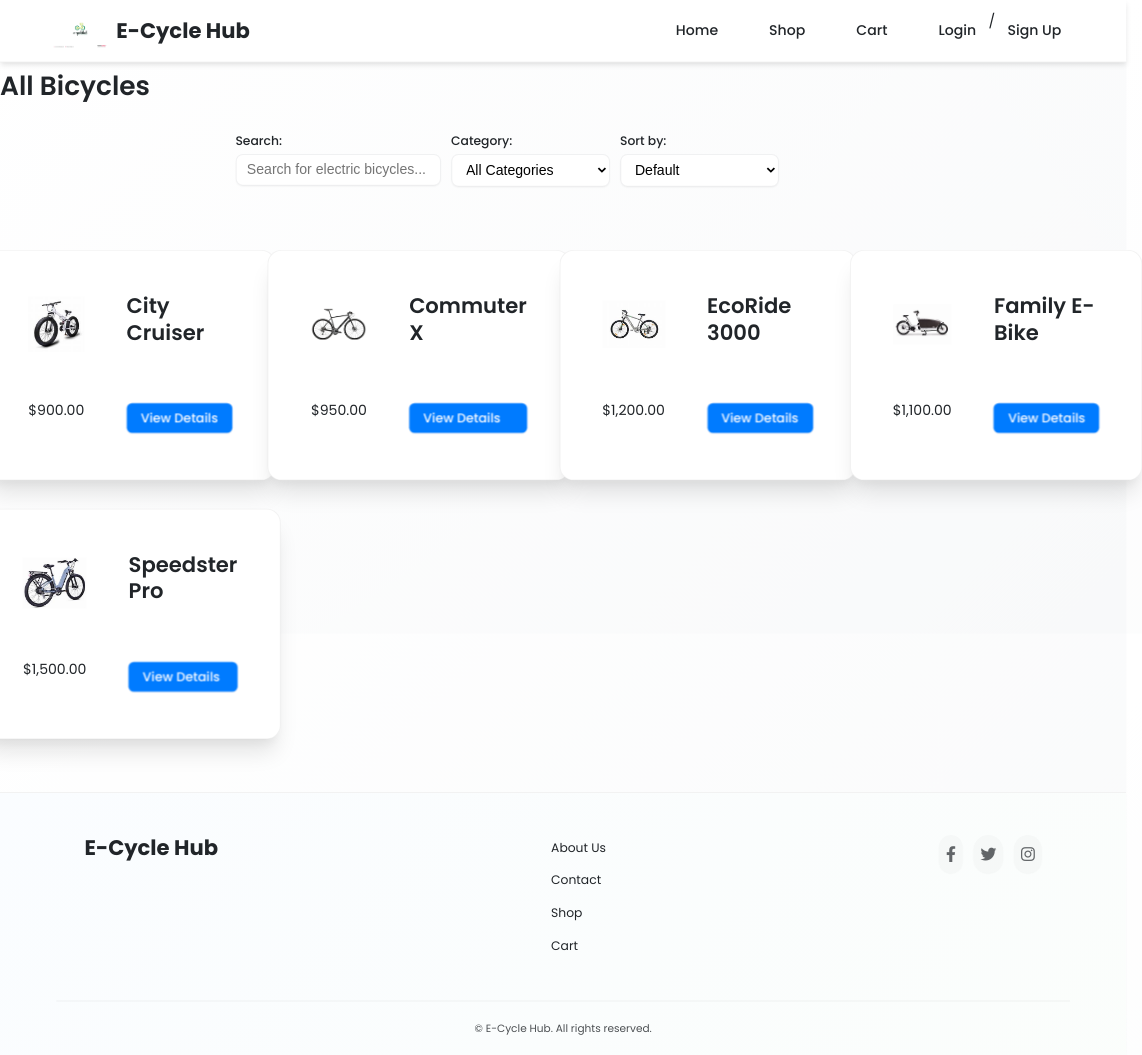
Repository: Rutuja-g/E-Cycle-Hub
Page: public/shop.html
These files come from the project's save history. The page is drawn as it stood at one moment and after the next save; the edit follows.
The browser window is 1280 px wide. The page is 1298 px wide, then 1280 px, then 1298 px, so the pictures cover 1298 px, including what lies to the right of the window. The pictures show the whole page, at 88% of full size.

Above is the page before, as saved 2025-10-25 22:25:50.

### public/shop.html
<!DOCTYPE html>
<html lang="en">
  <head>
    <meta charset="UTF-8" />
    <meta name="viewport" content="width=device-width, initial-scale=1.0" />
    <title>Shop - E-Cycle Hub</title>
    <link rel="icon" href="favicon.ico" type="image/x-icon" />
    <link rel="preconnect" href="https://fonts.googleapis.com" />
    <link rel="preconnect" href="https://fonts.gstatic.com" crossorigin />
    <link
      href="https://fonts.googleapis.com/css2?family=Poppins:wght@300;400;500;600;700&display=swap"
      rel="stylesheet"
    />
    <link rel="stylesheet" href="css/reset.css" />
    <link rel="stylesheet" href="css/variables.css" />
    <link rel="stylesheet" href="css/main.css" />
    <link
      rel="stylesheet"
      href="https://cdnjs.cloudflare.com/ajax/libs/font-awesome/6.0.0/css/all.min.css"
    />
  </head>
  <body>
    <header>
      <div id="header"></div>
    </header>

    <main class="main-content">
      <section class="shop-products">
        <h2>All Bicycles</h2>

        <div class="grid--shop"></div>
      </section>
    </main>

    <footer>
      <div id="footer"></div>
    </footer>

    <script src="js/components.js"></script>
    <script src="js/utils.js"></script>
    <script src="js/main.js"></script>
    <script src="js/auth.js"></script>
  </body>
</html>

### public/css/reset.css
html
/* CSS Reset */
* {
    margin: 0;
    padding: 0;
    box-sizing: border-box;
}

html, body {
    height: 100%;
    font-family: Arial, sans-serif;
}

img {
    max-width: 100%;
    height: auto;
}

a {
    text-decoration: none;
    color: inherit;
}

ul {
    list-style: none;
}

button {
    cursor: pointer;
}

### public/css/variables.css
:root {
  /* Enhanced Color Palette */
  --primary-color: #007bff; /* Electric Blue */
  --primary-hover: #0056b3; /* Darker Blue for hover */
  --primary-light: #e3f2fd; /* Light Blue Background */
  --primary-gradient: linear-gradient(135deg, #007bff 0%, #0056b3 100%);
  --secondary-color: #28a745; /* Success Green */
  --secondary-hover: #218838; /* Darker Green */
  --secondary-light: #e8f5e8; /* Light Green Background */
  --secondary-gradient: linear-gradient(135deg, #28a745 0%, #218838 100%);
  --accent-color: #ffc107; /* Warning Yellow */
  --accent-hover: #e0a800; /* Darker Yellow */
  --accent-light: #fff8e1; /* Light Yellow Background */
  --danger-color: #dc3545; /* Danger Red */
  --danger-hover: #c82333; /* Darker Red */
  --danger-light: #fce4e4; /* Light Red Background */

  /* Neutral Colors */
  --background-color: #ffffff; /* Pure White */
  --background-gradient: linear-gradient(135deg, #ffffff 0%, #f8f9fa 100%);
  --surface-color: #f8f9fa; /* Light Gray Surface */
  --surface-light: #f1f3f4; /* Very Light Surface */
  --card-color: #ffffff; /* Card Background */
  --text-color: #212529; /* Dark Gray Text */
  --text-muted: #6c757d; /* Muted Text */
  --text-light: #868e96; /* Lighter Text */
  --border-color: #dee2e6; /* Light Border */
  --border-light: #f1f3f4; /* Very Light Border */
  --border-focus: #007bff; /* Focus Border */

  /* Typography */
  --font-family: "Poppins", -apple-system, BlinkMacSystemFont, "Segoe UI",
    Roboto, sans-serif;
  --font-size-xs: 0.75rem; /* 12px */
  --font-size-sm: 0.875rem; /* 14px */
  --font-size-base: 1rem; /* 16px */
  --font-size-lg: 1.125rem; /* 18px */
  --font-size-xl: 1.25rem; /* 20px */
  --font-size-2xl: 1.5rem; /* 24px */
  --font-size-3xl: 1.875rem; /* 30px */
  --font-size-4xl: 2.25rem; /* 36px */
  --font-size-5xl: 3rem; /* 48px */

  --font-weight-light: 300;
  --font-weight-normal: 400;
  --font-weight-medium: 500;
  --font-weight-semibold: 600;
  --font-weight-bold: 700;

  --line-height-tight: 1.25;
  --line-height-normal: 1.5;
  --line-height-relaxed: 1.75;

  /* Spacing Scale */
  --spacing-xs: 0.25rem; /* 4px */
  --spacing-sm: 0.5rem; /* 8px */
  --spacing-md: 0.75rem; /* 12px */
  --spacing-lg: 1rem; /* 16px */
  --spacing-xl: 1.25rem; /* 20px */
  --spacing-2xl: 1.5rem; /* 24px */
  --spacing-3xl: 2rem; /* 32px */
  --spacing-4xl: 2.5rem; /* 40px */
  --spacing-5xl: 3rem; /* 48px */
  --spacing-6xl: 4rem; /* 64px */

  /* Layout */
  --max-width-xs: 20rem; /* 320px */
  --max-width-sm: 24rem; /* 384px */
  --max-width-md: 28rem; /* 448px */
  --max-width-lg: 32rem; /* 512px */
  --max-width-xl: 36rem; /* 576px */
  --max-width-2xl: 42rem; /* 672px */
  --max-width-3xl: 48rem; /* 768px */
  --max-width-4xl: 56rem; /* 896px */
  --max-width-5xl: 64rem; /* 1024px */
  --max-width-6xl: 72rem; /* 1152px */
  --max-width-7xl: 80rem; /* 1280px */
  --max-width-full: 100%;

  /* Border Radius */
  --border-radius-none: 0;
  --border-radius-sm: 0.125rem; /* 2px */
  --border-radius: 0.25rem; /* 4px */
  --border-radius-md: 0.375rem; /* 6px */
  --border-radius-lg: 0.5rem; /* 8px */
  --border-radius-xl: 0.75rem; /* 12px */
  --border-radius-2xl: 1rem; /* 16px */
  --border-radius-3xl: 1.5rem; /* 24px */
  --border-radius-full: 9999px;

  /* Enhanced Shadows */
  --shadow-sm: 0 1px 2px 0 rgba(0, 0, 0, 0.05);
  --shadow: 0 1px 3px 0 rgba(0, 0, 0, 0.1), 0 1px 2px 0 rgba(0, 0, 0, 0.06);
  --shadow-md: 0 4px 6px -1px rgba(0, 0, 0, 0.1),
    0 2px 4px -1px rgba(0, 0, 0, 0.06);
  --shadow-lg: 0 10px 15px -3px rgba(0, 0, 0, 0.1),
    0 4px 6px -2px rgba(0, 0, 0, 0.05);
  --shadow-xl: 0 20px 25px -5px rgba(0, 0, 0, 0.1),
    0 10px 10px -5px rgba(0, 0, 0, 0.04);
  --shadow-2xl: 0 25px 50px -12px rgba(0, 0, 0, 0.25);
  --shadow-inner: inset 0 2px 4px 0 rgba(0, 0, 0, 0.06);
  --shadow-glow: 0 0 20px rgba(0, 123, 255, 0.3);

  /* Transitions */
  --transition-fast: 150ms ease-in-out;
  --transition-normal: 250ms ease-in-out;
  --transition-slow: 350ms ease-in-out;

  /* Z-Index Scale */
  --z-dropdown: 1000;
  --z-sticky: 1020;
  --z-fixed: 1030;
  --z-modal-backdrop: 1040;
  --z-modal: 1050;
  --z-popover: 1060;
  --z-tooltip: 1070;
}

### public/js/main.js
(function () {
  /*
  main.js
  - Loads product data (localStorage -> products.json -> fallback)
  - Renders product cards into .grid--featured or .grid--shop
  - Injects simple search / category / sort controls and updates results instantly
  - Keeps products in localStorage under key 'ecycle_products' so admin UI can reuse them
  */
  const PRODUCTS_STORAGE_KEY = "ecycle_products";
  const DEFAULT_MAX_FEATURED = 6;
  let products = [];
  let filteredProducts = [];

  // Load products from localStorage or fetch from JSON
  async function loadProducts() {
    try {
      // Try localStorage first
      const stored = localStorage.getItem(PRODUCTS_STORAGE_KEY);
      if (stored) {
        const parsed = JSON.parse(stored);
        if (Array.isArray(parsed) && parsed.length > 0) {
          products = parsed;
          return;
        }
      }

      // Fetch from JSON file
      const response = await fetch("assets/data/products.json");
      if (!response.ok) {
        throw new Error(`Failed to fetch products: ${response.status}`);
      }
      const data = await response.json();
      if (!Array.isArray(data)) {
        throw new Error("Products data is not an array");
      }
      products = data;
      // Save to localStorage
      localStorage.setItem(PRODUCTS_STORAGE_KEY, JSON.stringify(products));
    } catch (error) {
      console.error("Error loading products:", error);
      // Fallback to empty array
      products = [];
    }
  }

  // Get unique categories from products
  function getCategories(products) {
    const categories = new Set();
    products.forEach((product) => {
      if (product.category) categories.add(product.category);
    });
    return Array.from(categories).sort();
  }

  // Build search, category, and sort controls
  function buildControls(container) {
    if (!container) return;

    const controls = document.createElement("div");
    controls.className = "controls container";

    // Search input
    const searchDiv = document.createElement("div");
    searchDiv.className = "control-group";
    const searchLabel = document.createElement("label");
    searchLabel.textContent = "Search:";
    const searchInput = document.createElement("input");
    searchInput.type = "text";
    searchInput.id = "searchInput";
    searchInput.placeholder = "Search for electric bicycles...";
    searchDiv.appendChild(searchLabel);
    searchDiv.appendChild(searchInput);

    // Category select
    const catDiv = document.createElement("div");
    catDiv.className = "control-group";
    const catLabel = document.createElement("label");
    catLabel.textContent = "Category:";
    const catSelect = document.createElement("select");
    catSelect.id = "categorySelect";
    const allOpt = document.createElement("option");
    allOpt.value = "all";
    allOpt.textContent = "All Categories";
    catSelect.appendChild(allOpt);
    catDiv.appendChild(catLabel);
    catDiv.appendChild(catSelect);

    // Sort select
    const sortDiv = document.createElement("div");
    sortDiv.className = "control-group";
    const sortLabel = document.createElement("label");
    sortLabel.textContent = "Sort by:";
    const sortSelect = document.createElement("select");
    sortSelect.id = "sortSelect";
    const options = [
      { value: "", text: "Default" },
      { value: "price-asc", text: "Price Low to High" },
      { value: "price-desc", text: "Price High to Low" },
      { value: "popularity", text: "Popularity" },
    ];
    options.forEach((opt) => {
      const option = document.createElement("option");
      option.value = opt.value;
      option.textContent = opt.text;
      sortSelect.appendChild(option);
    });
    sortDiv.appendChild(sortLabel);
    sortDiv.appendChild(sortSelect);

    controls.appendChild(searchDiv);
    controls.appendChild(catDiv);
    controls.appendChild(sortDiv);

    container.parentNode.insertBefore(controls, container);
  }

  // Render product cards
  function renderProducts(productsToRender, container, limit = Infinity) {
    if (!container) return;

    container.innerHTML = "";
    if (!Array.isArray(productsToRender) || productsToRender.length === 0) {
      container.innerHTML = "<p>No products found.</p>";
      return;
    }

    const toRender =
      limit === Infinity ? productsToRender : productsToRender.slice(0, limit);
    toRender.forEach((product) => {
      if (!product.name || !product.price) {
        console.warn("Skipping invalid product:", product);
        return;
      }

      const card = document.createElement("div");
      card.className = "product-card";
      card.innerHTML = `
        <img src="${product.image || "img/placeholder.png"}" alt="${
        product.name
      }" loading="lazy">
        <h3>${product.name}</h3>
        <p class="price">$${Utils.formatPrice(product.price)}</p>
        <a href="product.html?id=${
          product.id
        }" class="btn btn-primary">View Details</a>
      `;
      container.appendChild(card);
    });
  }

  // Apply filters and sorting
  function applyFilters(limit) {
    if (!Array.isArray(products)) return;

    const searchInput = document.getElementById("searchInput");
    const catSelect = document.getElementById("categorySelect");
    const sortSelect = document.getElementById("sortSelect");

    let filtered = [...products];

    // Search filter
    if (searchInput && searchInput.value.trim()) {
      const query = searchInput.value.toLowerCase().trim();
      filtered = filtered.filter(
        (product) =>
          product.name.toLowerCase().includes(query) ||
          (product.description &&
            product.description.toLowerCase().includes(query))
      );
    }

    // Category filter
    if (catSelect && catSelect.value !== "all") {
      filtered = filtered.filter(
        (product) => product.category === catSelect.value
      );
    }

    // Sort
    if (sortSelect) {
      switch (sortSelect.value) {
        case "price-asc":
          filtered.sort((a, b) => Number(a.price) - Number(b.price));
          break;
        case "price-desc":
          filtered.sort((a, b) => Number(b.price) - Number(a.price));
          break;
        case "popularity":
          filtered.sort((a, b) => Number(b.popularity) - Number(a.popularity));
          break;
        case "":
        default:
          filtered.sort((a, b) => a.name.localeCompare(b.name));
          break;
      }
    }

    filteredProducts = filtered;
    const grid =
      document.querySelector(".grid--featured") ||
      document.querySelector(".grid--shop") ||
      document.querySelector(".product-list");
    if (grid) renderProducts(filteredProducts, grid, limit);
  }

  // Initialize UI: build controls and wire events
  function initUI() {
    const grid =
      document.querySelector(".grid--featured") ||
      document.querySelector(".grid--shop") ||
      document.querySelector(".product-list");
    if (!grid) return;

    const isShop =
      grid.classList.contains("grid--shop") ||
      grid.classList.contains("product-list");
    const limit = isShop ? Infinity : DEFAULT_MAX_FEATURED;

    const controls = buildControls(grid);
    // populate categories
    const catSelect = document.getElementById("categorySelect");
    if (catSelect) {
      // clear existing non 'all' options
      const cats = getCategories(products);
      cats.forEach((cat) => {
        const opt = document.createElement("option");
        opt.value = cat;
        opt.textContent = cat;
        catSelect.appendChild(opt);
      });
    }

    // hook events
    const searchInput = document.getElementById("searchInput");
    const sortSelect = document.getElementById("sortSelect");

    const debouncedApply = Utils.debounce((limit) => applyFilters(limit), 160);

    if (searchInput)
      searchInput.addEventListener("input", () => debouncedApply(limit));
    if (catSelect)
      catSelect.addEventListener("change", () => applyFilters(limit));
    if (sortSelect)
      sortSelect.addEventListener("change", () => applyFilters(limit));

    // initial render
    applyFilters(limit);
  }

  // Active nav link helper - disabled to make all nav links behave the same
  function setActiveNavLink() {
    // No active styling for consistency across all nav links
  }

  // Mobile nav toggle
  function initMobileNav() {
    const navToggle = document.getElementById("navToggle");
    const navLinks = document.getElementById("navLinks");

    if (navToggle && navLinks) {
      navToggle.addEventListener("click", () => {
        navLinks.classList.toggle("active");
      });

      // Close mobile menu when clicking outside
      document.addEventListener("click", (e) => {
        if (!navToggle.contains(e.target) && !navLinks.contains(e.target)) {
          navLinks.classList.remove("active");
        }
      });
    }
  }

  // Hide navbar on scroll down, show on scroll up (only on index and shop pages)
  function initScrollNavbar() {
    const currentPath = window.location.pathname;
    const isIndexOrShop =
      currentPath.includes("index.html") || currentPath.includes("shop.html");

    if (!isIndexOrShop) return;

    const checkAndInit = () => {
      const navbar = document.querySelector(".navbar");
      if (!navbar) {
        // If navbar not loaded yet, wait and try again
        setTimeout(checkAndInit, 100);
        return;
      }

      let lastScrollY = window.scrollY;
      const scrollThreshold = 100; // Minimum scroll distance before hiding

      const handleScroll = Utils.debounce(() => {
        const currentScrollY = window.scrollY;
        if (currentScrollY > lastScrollY + scrollThreshold) {
          navbar.classList.add("hidden");
        } else if (currentScrollY < lastScrollY - scrollThreshold) {
          navbar.classList.remove("hidden");
        }
        lastScrollY = currentScrollY;
      }, 100);

      window.addEventListener("scroll", handleScroll);
    };

    checkAndInit();
  }

  // Small UI helpers: nav toggle and footer year (keeps previous behavior)
  function uiHelpers() {
    const navToggle = document.getElementById("navToggle");
    const navList = document.querySelector(".nav-list");
    navToggle &&
      navToggle.addEventListener("click", function () {
        navList.classList.toggle("show");
      });

    const yearEl = document.getElementById("year");
    if (yearEl) yearEl.textContent = new Date().getFullYear();
  }

  // entry point
  document.addEventListener("DOMContentLoaded", async function () {
    uiHelpers();
    setActiveNavLink();
    initMobileNav();
    initScrollNavbar(); // Initialize scroll-based navbar hiding
    await loadProducts(); // populates products and saves to localStorage if needed
    initUI();
  });
})();

### public/components/header.html
<nav class="navbar">
  <div class="nav-container">
    <div class="logo">
      <a href="index.html">
        <img src="assets/images/logo.jpg" alt="E-Cycle Hub Logo" />
        <span>E-Cycle Hub</span>
      </a>
    </div>
    <div class="nav-toggle" id="navToggle">
      <span></span>
      <span></span>
      <span></span>
    </div>
    <ul class="nav-links" id="navLinks">
      <li><a href="index.html" class="nav-link">Home</a></li>
      <li><a href="shop.html" class="nav-link">Shop</a></li>
      <li><a href="cart.html" class="nav-link">Cart</a></li>
      <li id="user-info" style="display: none">
        <span id="user-name"></span>
        <a href="orders.html" class="nav-link">My Orders</a>
        <a href="#" id="logout" class="nav-link">Logout</a>
      </li>
      <li id="auth-links">
        <a href="login.html" class="nav-link">Login</a>
        <span>/</span>
        <a href="signup.html" class="nav-link">Sign Up</a>
      </li>
    </ul>
  </div>
</nav>

### public/components/footer.html
<footer class="footer">
  <div class="container">
    <div class="footer-content">
      <div class="footer-logo">
        <h2>E-Cycle Hub</h2>
      </div>
      <div class="footer-links">
        <ul>
          <li><a href="about.html">About Us</a></li>
          <li><a href="contact.html">Contact</a></li>
          <li><a href="shop.html">Shop</a></li>
          <li><a href="cart.html">Cart</a></li>
        </ul>
      </div>
      <div class="footer-social">
        <a href="#" aria-label="Facebook"><i class="fab fa-facebook-f"></i></a>
        <a href="#" aria-label="Twitter"><i class="fab fa-twitter"></i></a>
        <a href="#" aria-label="Instagram"><i class="fab fa-instagram"></i></a>
      </div>
    </div>
    <div class="footer-bottom">
      <p>&copy; <span id="year"></span> E-Cycle Hub. All rights reserved.</p>
    </div>
  </div>
</footer>

Loaded but not shown: public/assets/data/products.json (47 lines, source omitted); public/js/auth.js (289 lines, source omitted); public/js/utils.js (134 lines, source omitted); public/js/components.js (31 lines, source omitted); public/css/main.css (2768 lines, source omitted)

After the next save:
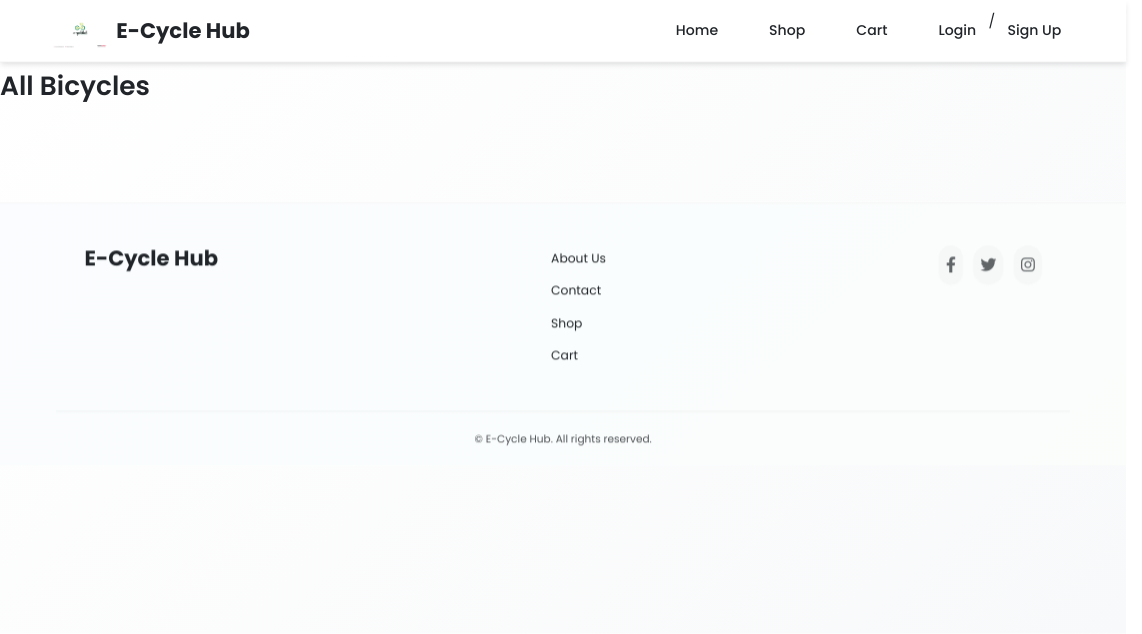
Console error: ReferenceError: uiHelpers is not defined
Saved 58 s later.
--- a/public/js/main.js
+++ b/public/js/main.js
@@ -306,8 +306,8 @@
     checkAndInit();
   }
 
-  // Small UI helpers: nav toggle and footer year (keeps previous behavior)
-  function uiHelpers() {
+  // Initialize UI helpers: nav toggle and footer year
+  function initUIHelpers() {
     const navToggle = document.getElementById("navToggle");
     const navList = document.querySelector(".nav-list");
     navToggle &&

After the save that followed:
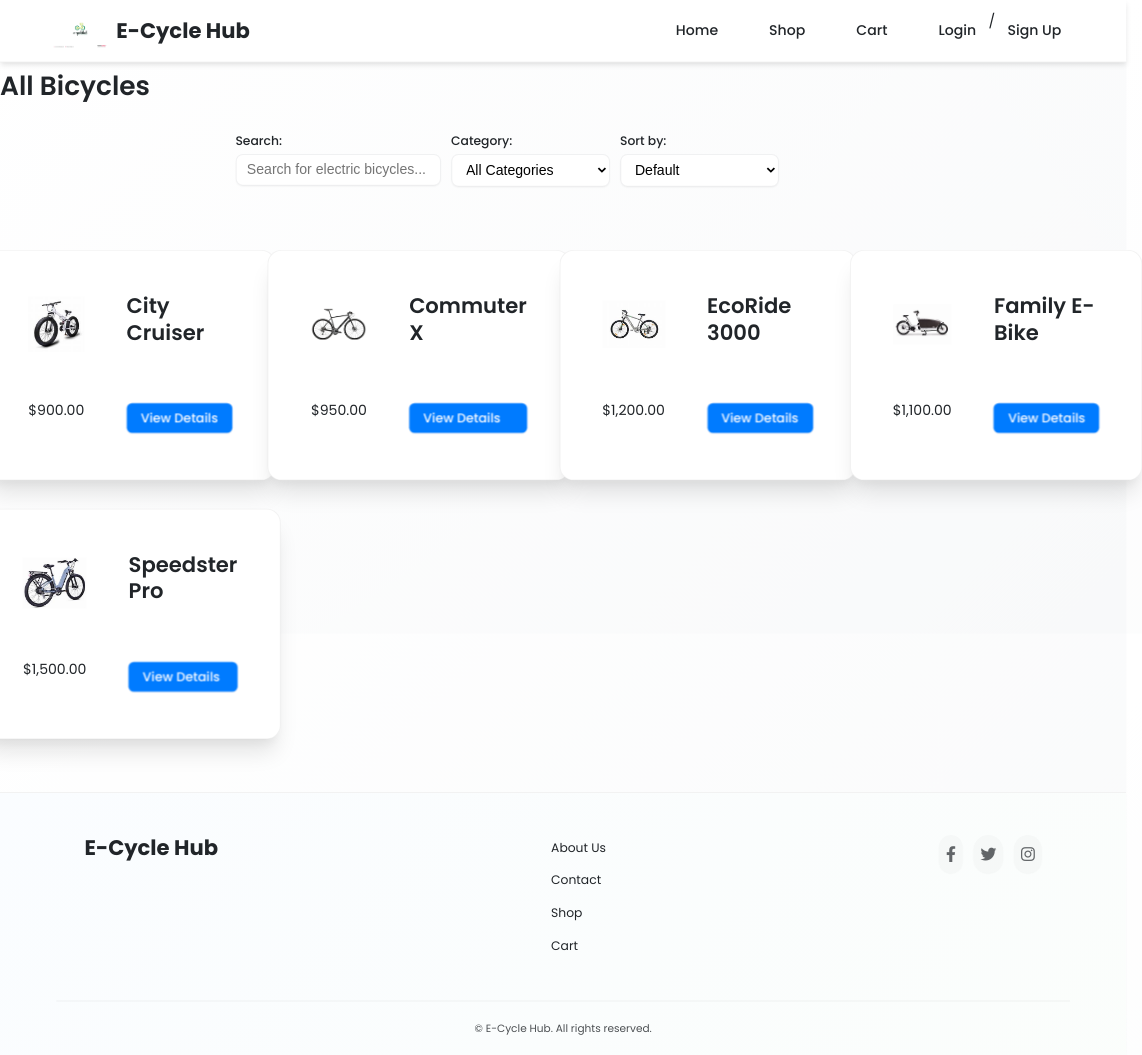
The error is gone.
Saved 11 s later.
--- a/public/js/main.js
+++ b/public/js/main.js
@@ -321,7 +321,7 @@
 
   // entry point
   document.addEventListener("DOMContentLoaded", async function () {
-    uiHelpers();
+    initUIHelpers();
     setActiveNavLink();
     initMobileNav();
     initScrollNavbar(); // Initialize scroll-based navbar hiding
